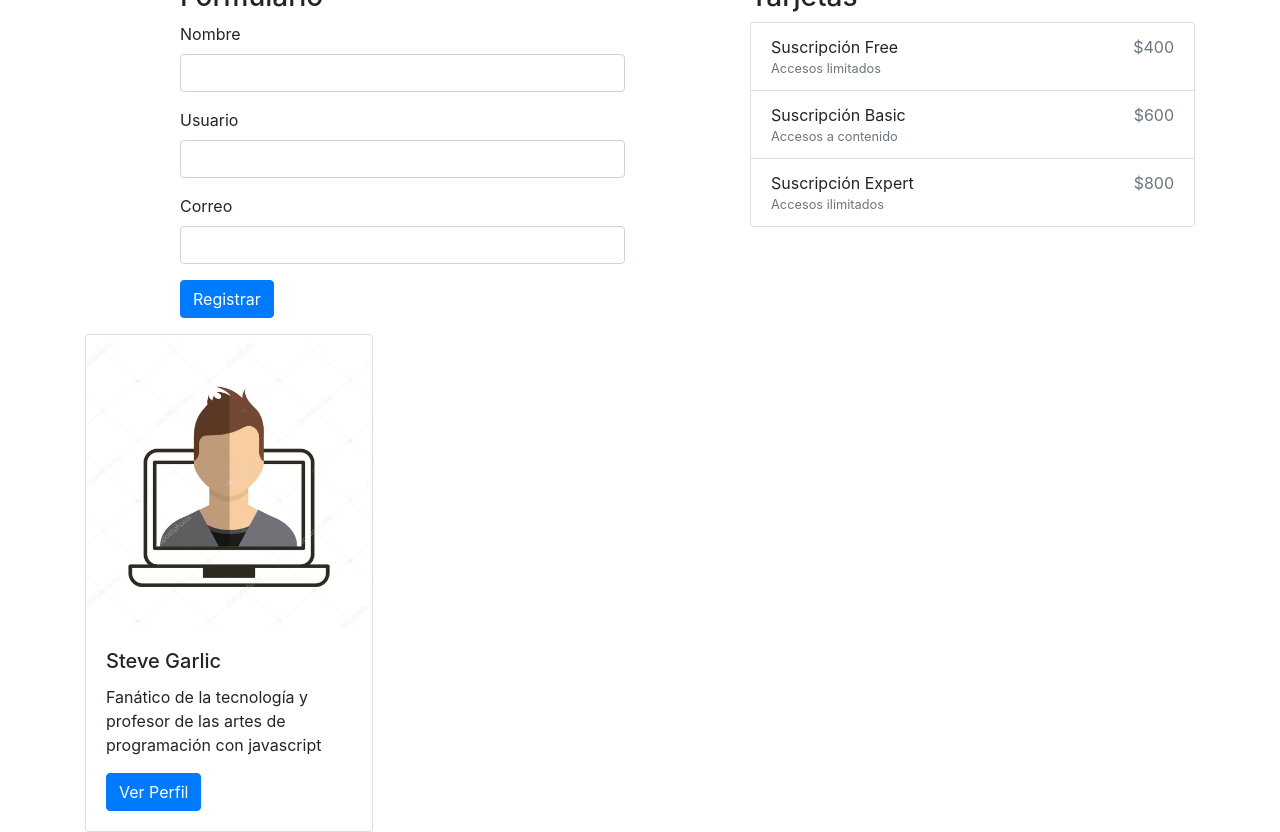
Repository: pedro-donoso/manipulacion-dom
Page: index.html
The author's editor kept a copy of each file at every save. The page is drawn from the files as they stood at one save, then again after a run of saves.
The browser window is 1280 px wide. The pictures show the part of the page from y = 536 to 1368 px (the page is 1368 px tall).
A picture or video elsewhere on the page could not be fetched, so the positions and the page height are approximate.

Above is the page before, as saved 2024-02-06 01:41:33.

### index.html
<!doctype html>
<html lang="es">

<head>
    <!-- Required meta tags -->
    <meta charset="utf-8">
    <meta name="viewport" content="width=device-width, initial-scale=1, shrink-to-fit=no">

    <!-- Bootstrap CSS -->
    <link rel="stylesheet" href="https://cdn.jsdelivr.net/npm/bootstrap@4.3.1/dist/css/bootstrap.min.css"
        integrity="sha384-ggOyR0iXCbMQv3Xipma34MD+dH/1fQ784/j6cY/iJTQUOhcWr7x9JvoRxT2MZw1T" crossorigin="anonymous">

    <title>Manipulación del DOM</title>
</head>

<body>

    <main class="container">
        <!-- 1- AGREGO CLASE container PARA MANIPULAR ESTE PÁRRAFO -->
        <div class="row mt-5 text-center" id="contenedor">
            <div class="col-12 col-md-8 offset-md-2">
                <h1>Manipulación del DOM</h1>
                <p>
                    El DOM es una API definida para representar e interactuar con cualquier documento HTML. El DOM es un
                    modelo de documento que se carga en el navegador web y que representa el documento como un árbol de
                    nodos, en donde cada nodo representa una parte del documento (puede tratarse de un elemento, una
                    cadena de texto o un comentario)
                </p>
            </div>
        </div>
        <div class="row">
            <div class="col-12 col-md-5 offset-md-1">
                <h3>Formulario</h3>
                <!-- 15- CREO EVENTO onsubmit PARA CAPTURAR form, con la función modificarAutor (creada en app.js) para que reciba los datos -->
                <form onsubmit="modificarAutor(event)">
                    <label>Nombre</label>
                    <input type="text" class="form-control mb-3">
                    <label>Usuario</label>
                    <input type="text" class="form-control mb-3">
                    <label>Correo</label>
                    <input type="email" class="form-control mb-3">
                    <div>
                        <button class="btn btn-primary mb-3">Registrar</button>
                    </div>
                </form>
            </div>
            <div class="col-12 col-md-5 offset-md-1">
                <h3>Tarjetas</h3>
                <div class="card">
                    <ul class="list-group list-group-flush">
                        <li class="list-group-item d-flex justify-content-between">
                            <div class="d-flex flex-column">
                                <span>Suscripción Free</span>
                                <small class="text-muted">Accesos limitados</small>
                            </div>
                            <div>
                                <span class="text-muted">$400</span>
                            </div>
                        </li>
                        <li class="list-group-item d-flex justify-content-between">
                            <div class="d-flex flex-column">
                                <span>Suscripción Basic</span>
                                <small class="text-muted">Accesos a contenido</small>
                            </div>
                            <div>
                                <span class="text-muted">$600</span>
                            </div>
                        </li>
                        <li class="list-group-item d-flex justify-content-between">
                            <div class="d-flex flex-column">
                                <span>Suscripción Expert</span>
                                <small class="text-muted">Accesos ilimitados</small>
                            </div>
                            <div>
                                <span class="text-muted">$800</span>
                            </div>
                        </li>
                    </ul>
                </div>
            </div>
        </div>
        <!-- 8- AGREGO CARD -->
        <!-- 13- AGREGO ID PARA CAPTURAR CONTENEDOR -->
        <div class="row" id="contenedor_tarjeta">

        </div>
    </main>

    <!-- Optional JavaScript -->
    <!-- jQuery first, then Popper.js, then Bootstrap JS -->
    <script src="https://code.jquery.com/jquery-3.3.1.slim.min.js"
        integrity="sha384-q8i/X+965DzO0rT7abK41JStQIAqVgRVzpbzo5smXKp4YfRvH+8abtTE1Pi6jizo"
        crossorigin="anonymous"></script>
    <script src="https://cdn.jsdelivr.net/npm/popper.js@1.14.7/dist/umd/popper.min.js"
        integrity="sha384-UO2eT0CpHqdSJQ6hJty5KVphtPhzWj9WO1clHTMGa3JDZwrnQq4sF86dIHNDz0W1"
        crossorigin="anonymous"></script>
    <script src="https://cdn.jsdelivr.net/npm/bootstrap@4.3.1/dist/js/bootstrap.min.js"
        integrity="sha384-JjSmVgyd0p3pXB1rRibZUAYoIIy6OrQ6VrjIEaFf/nJGzIxFDsf4x0xIM+B07jRM"
        crossorigin="anonymous"></script>

    <script src="./app.js"></script>
</body>

</html>

### app.js
// 2- CREO VARIABLE PARA MANIPULAR HTML
let contenedor = document.querySelector("#contenedor");

// 3- CREAR ELEMENTO SUBTITULO Y LE AGREGO PROPIEDADES
let subtitulo = document.createElement("h2");
subtitulo.innerText = "Árbol de nodos";

// 4- OBTENER EL CUERPO DEL DOCUMENTO
let body = document.body;

// 5- AGREGAR EL NUEVO ELEMENTO AL CUERPO DEL DOCUMENTO
body.appendChild(subtitulo);

// 6- AGREGO IMAGEN
let imagen = document.createElement("img");
imagen.src="https://www.freecodecamp.org/news/content/images/2021/09/Document.jpg";
imagen.width="400";
imagen.alt="árbol de nodos";

// 7- AGREGO ELEMENTOS AL CONTENEDOR
contenedor.append(subtitulo,imagen)

// 13- AGREGO CONSTRUCTOR
const autor={
    nombre:'Steve Garlic',
    descripcion:'Fanático de la tecnología y profesor de las artes de programación con javascript',
    imagen:'./img/icono.jpg'
}

// 9- CREO ESTRUCTURA DEL CODIGO
let columnaTarjeta = document.createElement('div')
columnaTarjeta.className='col'

// 10- CREO TEMPLATE STRING DEL CONTENIDO DE LA TARJETA AUTOR
// 14- AGREGO DATOS DEL CONSTRUCTOR (13)
// 17- CREO EVENTO onclick
let tarjetaAutor = ` <div class="card" style="width: 18rem;">
        <img class="card-img-top pt-2" src="${autor.imagen}" alt="Card image cap">
        <div class="card-body">
            <h5 class="card-title">${autor.nombre}</h5>
            <p class="card-text">${autor.descripcion}</p>

            <button class="btn btn-primary" onclick="">Ver Perfil</button>
        </div>
    </div>`;

    // 11- AGREGO TEMPLATE STRING A columnaTarjeta (HIJO)
    columnaTarjeta.innerHTML = tarjetaAutor;

    // 12- AGREGO columnaTarjeta AL CONTENEDOR (PADRE) MEDIANTE LA SELECCIÓN DEL ID #contenedor_tarjeta
    document.querySelector("#contenedor_tarjeta").append(columnaTarjeta)

    // 16- Creo constante modificarAutor para agregarla al form en index.html, la función recibirá un evento
    const modificarAutor=(event)=>{
        console.log(event);
        event.preventDefault();
    }

    // 18- CREO FUNCIÓN eventoClick RECIBIRÁ event DESDE form DEL ARCHIVO index.html
    const eventoClick=(event)=>{
        console.log(event);
    }

After the next 2 saves:
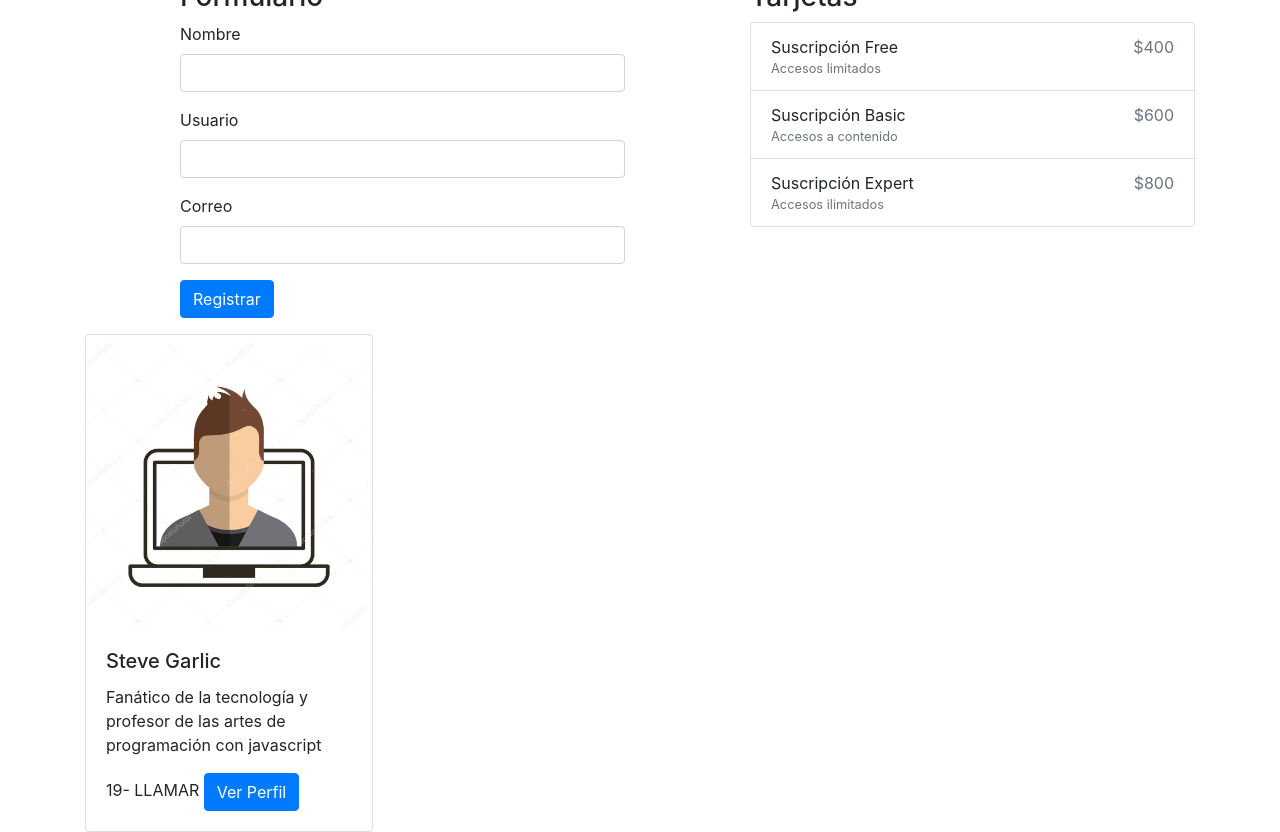
The 2 saves are shown as one change because they came seconds apart.
The last was saved 7 s later.
--- a/app.js
+++ b/app.js
@@ -39,7 +39,7 @@ let tarjetaAutor = ` <div class="card" style="width: 18rem;">
         <div class="card-body">
             <h5 class="card-title">${autor.nombre}</h5>
             <p class="card-text">${autor.descripcion}</p>
-
+            19- LLAMAR
             <button class="btn btn-primary" onclick="">Ver Perfil</button>
         </div>
     </div>`;
